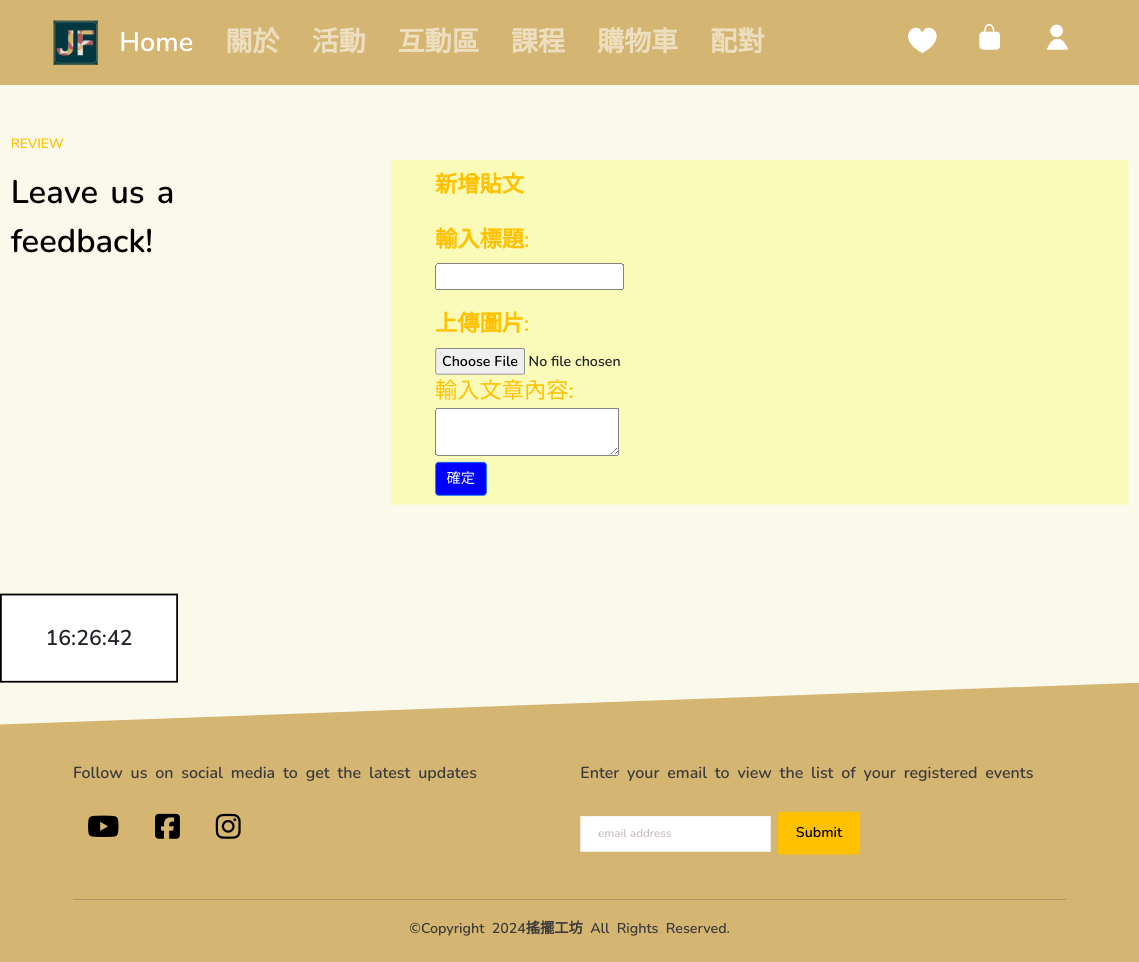
Repository: mmmooonnn0211/project
Page: workspace/demoSpringBoot-1/src/main/resources/static/html/LTInsertFront.html
These files come from the project's save history. The page is drawn as it stood at one moment and after the next save; the edit follows.
The browser window is 1280 px wide. The pictures show the whole page, at 89% of full size.
Some web libraries are served in a nearby version.

Above is the page before, as saved 2024-05-09 11:32:51.
Console error: ReferenceError: jQuery is not defined

### workspace/demoSpringBoot-1/src/main/resources/static/html/LTInsertFront.html
<!DOCTYPE html>
<html lang="en">

<head>
	<meta charset="UTF-8">
	<meta name="viewport" content="width=device-width, initial-scale=1.0">
	<style>
		.main {
			min-height: 55vh;
			/* 让 .slant 至少占据整个视口高度 */

		}

		#clock {
			width: 200px;
			height: 100px;
			border: 2px solid #000;
			background-color: #fff;
			display: flex;
			justify-content: center;
			align-items: center;
			font-size: 24px;
		}
	</style>
	<!-- Bootstrap CSS -->
	<link href="https://cdn.jsdelivr.net/npm/bootstrap@5.0.0-beta3/dist/css/bootstrap.min.css" rel="stylesheet"
		integrity="sha384-eOJMYsd53ii+scO/bJGFsiCZc+5NDVN2yr8+0RDqr0Ql0h+rP48ckxlpbzKgwra6" crossorigin="anonymous">
	<script src="https://kit.fontawesome.com/4287c80df9.js" crossorigin="anonymous"></script>

	<!--Google Font : Nunito-->
	<link rel="preconnect" href="https://fonts.gstatic.com">
	<link href="https://fonts.googleapis.com/css2?family=Nunito:wght@600&display=swap" rel="stylesheet">

	<!-- For style(All CSS content) -->
	<link rel="stylesheet" type="text/css" href="../styles/home.css" />
	<link rel="stylesheet" type="text/css" href="../styles/footer.css" />
	<link rel="stylesheet" type="text/css" href="../styles/navbar.css" />
	<link rel="icon" href="images/favicon.ico">

	<!-- JS Bundle for BS  -->
	<script src="https://cdn.jsdelivr.net/npm/popper.js@1.16.1/dist/umd/popper.min.js"
		integrity="sha384-9/reFTGAW83EW2RDu2S0VKaIzap3H66lZH81PoYlFhbGU+6BZp6G7niu735Sk7lN" crossorigin="anonymous">
		</script>

</head>


<body>



	</div>
	<!-- <section> -->
	<div class="main">
		<form method="post" action=" /LTinsertFront.controller" enctype="multipart/form-data"
			onsubmit="return validateForm();">
			<div class="container-fluid" style="margin-top: 150px;">
				<div class="row" style="margin-bottom: 100px; margin-top: 100px;">
					<div class="col-md-4" style="text-align: left;">
						<p class="review">REVIEW</p>
						<p class="feedback">Leave us a <br>feedback!</p>
					</div>
					<div class="col-sm-8">
						<div class="container" id="cards" style="  background-color:rgb(250, 250, 185)">
							<div class="" style="margin: auto;">
								<div id="sugg" class="neon-yellow" style="font-weight: bold; font-size: 25px; ">新增貼文
								</div>
								<br>
								<div id="text" class="neon-yellow" style=" font-size: 25px;">輸入標題:
								</div>
								<div style="height:50px; ">
									<input id="title" name="title" style="width: auto;" ; />
								</div>
								<div id="text" class="neon-yellow" style="font-weight: bold; font-size: 25px;">上傳圖片:
								</div>
								<input type="file" id="picture" name="picture" />

								<div id="picture" class="neon-yellow" style="font-size:25px; ">
									輸入文章內容:
								</div>
								<textarea id="content" name="content"></textarea>

								<div>
									<button type="submit" class="btn btn-primary"
										style="background-color:blue">確定</button>
								</div>
							</div>
						</div>
					</div>
				</div>
			</div>
		</form>
		<div class="container text-center">

		</div>
	</div>



	<div align="center"></div>
	<div class="container">
	</div>


	<script>

		fetch('basic.html')
			.then(response => response.text())
			.then(html => {
				document.body.innerHTML += html;
			});

	</script>
	<div id="clock"></div>

	<script>
		function updateClock() {
			var now = new Date();
			var hours = now.getHours();
			var minutes = now.getMinutes();
			var seconds = now.getSeconds();

			hours = (hours < 10) ? '0' + hours : hours;
			minutes = (minutes < 10) ? '0' + minutes : minutes;
			seconds = (seconds < 10) ? '0' + seconds : seconds;

			var timeString = hours + ':' + minutes + ':' + seconds;

			document.getElementById('clock').innerHTML = timeString;
		}

		// 每秒更新一次時間
		setInterval(updateClock, 1000);

		// 初始化頁面時立即更新時間
		updateClock();
	</script>
	<script type="text/javascript" charset="utf8"
		src="https://cdn.datatables.net/1.11.5/js/jquery.dataTables.js"></script>
	<script src="https://cdn.jsdelivr.net/npm/bootstrap@5.0.0-beta3/dist/js/bootstrap.bundle.min.js"
		integrity="sha384-JEW9xMcG8R+pH31jmWH6WWP0WintQrMb4s7ZOdauHnUtxwoG2vI5DkLtS3qm9Ekf" crossorigin="anonymous">
		</script>

</body>

</html>

### workspace/demoSpringBoot-1/src/main/resources/static/styles/home.css
/* hiding vertical scroll bar from every page */
::-webkit-scrollbar {
  width: 0 !important
}




body {
  font-family: 'Nunito', sans-serif;
  background-color: #FBF8EC;
  word-spacing: 0.25rem;
}

::selection {
  color: black;
  background: #ffc100;
}

::placeholder {
  color: rgb(202, 192, 192);
}

.neon-yellow {
  color: #ffc100;
}

.working-heading {
  font-size: 2.3rem;
  font-weight: bold;
  color: black;
}


.date-style {
  font-weight: 850;
  padding: 0 0 0.3rem 0;
}

.sub-heading {
  font-size: 1.5rem;
  font-weight: 1000;
  padding: 0 0 0.3rem 0;
}

.small-subtext {
  color: black;
  font-weight: 700;
  font-size: 1rem;
}

.process-heading {
  font-weight: 1000;
  font-size: 0.95rem;
}

.eng,
.feedback,
.some {
  font-size: 2.3rem;
  font-weight: 1000;
  color: black;
}

.center-line {
  border-left: 0.58rem solid #ffc100;
  height: 110%;
  position: absolute;
  top: 0%;
  left: 0%;
}

.padding-for-mobile {
  padding: 0 1rem 2rem 4rem;
  text-align: left;
  /*background-color:  white;*/
}

.stickyy-corner {
  position: -webkit-sticky;
  position: sticky;
  top: 0;
}

.timeline-left-style {
  color: black;
  text-align: right;
  padding: 0 4rem 0 5.2rem;
}

.timeline-right-style {
  color: black;
  text-align: left;
  position: relative;
  padding: 0 5.2rem 0 4rem;
  overflow-y: hidden;
}

.d-block {
  margin-top: 2%;
  border-radius: 7px;
  border: 3px solid rgb(245, 241, 241);
  width: 100%;
}

.chess,
.review,
.event {
  color: #ffc100;
  font-weight: 850;
  font-size: 0.95rem;
}


#text {
  font-weight: 850;
  font-size: 0.75rem;
  margin-bottom: 7px;
}

#sugg {
  font-size: 1.5rem;
  font-weight: 1000;
}

#btn {
  background-color: #ffc100;
  color: rgb(0, 0, 0);
  padding: 10px 20px;
  text-align: center;
  border: none;
  border-radius: 3px;
  display: block;
  margin: auto;
  margin-top: 15px;
  font-weight: bold;
}


#box,
#msg {
  background-color: #DDDDDD;
  border-radius: 3.5px;
  border: none;
  margin-bottom: 12px;
  width: 100%;
}

#msg {
  height: 120px;
}

#box {
  height: 35px;
}

#spon {
  color: black;
  margin-top: 60px;
  display: flex;
  justify-content: space-evenly;
  align-items: center;
  font-weight: bold;
  margin-bottom: 20px;
}

.image {
  height: 100px;
}

.image3 {
  height: 250px;
  overflow-y: hidden;
}

.pic1,
.pic2 {
  font-weight: bold;
  font-size: medium;
}

.pic1 {
  margin-top: 20px;
}

.column {
  display: flex;
  flex-direction: column;
  justify-content: space-evenly;
  align-items: center;
}

.columns {
  display: flex;
  flex-direction: column;
  justify-content: center;
  align-items: flex-start;
}

.pic2 {
  color: gray;
  font-size: small;
}

.event,
.some,
.last,
.pic,
.pic1,
.pic2 {
  display: flex;
  justify-content: space-evenly;
  align-items: center;
}

.subhead {
  color: black;
  font-size: 3rem;
  overflow-y: hidden;
}

.active {
  color: #ffc100;
}

.active:hover {
  color: #ffc100;
}

p {
  color: black;
}

.title-img {
  width: 25%;
  margin-left: 8%;
  transform: rotate(10deg);
}

.hover {
  color: #ffc100;
}

.title-img3 {
  width: 25%;
  transform: rotate(-10deg);
}

.title-img2 {
  width: 35%;
  padding-right: 5%;
  padding-left: 5%;


}

.carousel-img-styles {
  border: 0.13rem solid black;
  border-radius: 1rem;
}

h1 {
  font-size: 5rem;
  line-height: 1.5;
  font-weight: 900;
}

#title {
  margin-bottom: 11rem;
}

.col-lg-3 {
  padding-left: 3rem;
}

.ex-btn {
  margin-top: 2.5rem;
  margin-bottom: 30px;
}

.carousel-container {
  width: 55%;
}

#cards {
  padding: 10px 50px;
}

.card {
  background-color: black;
  border-radius: 10px;
  /* display: block;
    margin: auto;
    font: 16px;
    width:55%; */
  padding: 30px 20px;

}

@media only screen and (max-width: 767px) {
  .small-subtext {
    font-size: 0.8rem;
  }

  .padding-for-mobile {
    padding: 0 0 4rem 2rem;
  }

  /*
  .sticky-corner {
    position: static;
  }
  */
  #cards {
    padding: 0px 20px;
  }


  .sub-heading {
    font-size: 1.3rem;
  }

  .process-heading {
    font-size: 0.85rem;
  }

  .working-heading {
    font-size: 1.5rem;
  }

  .timeline-left-style {
    padding: 0 2.5rem 0 3rem;
  }

  .timeline-right-style {
    padding: 0 3rem 0 2.5rem;
  }

  #spon {
    font-size: 1.5rem;
  }

  .some,
  .eng,
  .feedback {
    font-size: 1.5rem;
  }

  .card {
    width: 100%;
  }

  .pic {
    flex-direction: column;
  }

  .carousel-container {
    width: 85%;
  }
}

@media only screen and (max-width: 575px) {

  .title-img,
  .title-img3 {
    display: none;
  }

  .title-img2 {
    display: block;
    margin: auto;
    width: 100%;
    padding: 50px;
  }
}

@media only screen and (max-width: 375px) {


  .date-style {
    font-size: 0.8rem;
  }

  .sub-heading {
    font-size: 0.9rem;
  }

  .small-subtext {
    font-size: 0.7rem;
  }

  .timeline-left-style {
    padding: 0 1.6rem 0 2rem;
  }

  .timeline-right-style {
    padding: 0 2rem 0 2rem;
  }
}

### workspace/demoSpringBoot-1/src/main/resources/static/styles/footer.css
/*
hiding vertical scroll bar from every page
*/
::-webkit-scrollbar {
    width: 0 !important
}




.slant {
    /* width: 110%;
    background-color: #DDDDDD;
    transform: rotate(-3deg);
    height: 100px; */
    clip-path: polygon(0 15%, 100% 0, 100% 100%, 0 100%);
  }

  .container{
    margin-top: 30px;
  }

  .left, .right {
    font-size: large;
    font-weight: bold;
    margin-top: 50px;
    color: rgb(61, 59, 59);
    margin-bottom: 30px;
  }

  .below {
    background-color:#D4B572;
    position: relative;
    padding-top: 8px;
    padding-bottom: 6px;
    width: 100%;
    height: 100%;
  }

  #mail {
    border: none;
    height: 30px;
    padding: 20px;
    font-size: small;
    font-weight: bold;
  }

  #bttn {
    background-color: #ffc100;
    color: black;
    padding: 12px 20px;
    text-align: center;
    border: none;
    border-radius: 3px;
    font-weight: bold;
  }


  .fa-youtube:hover{
    color: rgb(230, 59, 59);
    transition: 0.5s;
  }

  .fa-twitter:hover, .fa-facebook-square:hover{
    color: rgba(18, 212, 212, 0.596);
    transition: 0.5s;
  }

  .fa-instagram:hover{
    color: rgb(218, 30, 61);
    transition: 0.5s;
  }

  .fa-github{
    color: rgb(43, 36, 36);
    transition: 0.5s;
  }

  .fab {
    padding: 0 1rem 0 1rem;
    font-size: 2rem;
    color: black;
  }

  .last {
    font-weight: 900;
    color: rgb(61, 59, 59);
    margin: 20px;
    display: flex;
  justify-content: space-evenly;
  align-items: center;
  }

  @media only screen and (max-width: 767px) {
    .slant{
      clip-path: polygon(0 5%, 100% 0, 100% 100%, 0 100%);
    }
  }

  @media only screen and (max-width: 375px) {
    .slant{
      clip-path: polygon(0 5%, 100% 0, 100% 100%, 0 100%);
    }
  }

### workspace/demoSpringBoot-1/src/main/resources/static/styles/navbar.css
/* 鼠標移動導覽列*/
.nav-item :hover {
  color: rgb(255, 128, 128);
  cursor: pointer;
  background-color: #B15A5E;
  border-radius: 10px;
}

.navbar a {
  color: #ff2600a2;
  border-radius: 10px;
}


.navbar {
  padding: 1rem 2rem;
  position: fixed;
  z-index: 100;
  width: 100%;
  margin: 0;
  top: 0;
  left: 0;
  background-color: #D4B572;
}

.nav-item {
  padding: 0 20px 0 0;
}

.nav-link {
  font-size: 1.9rem;
  font-weight: 900;

}


.dropdown-item,
.dropdown-menu {
  background-color: #B15A5E;
  color: #BF3F41;
  ;
  margin: 0;
}






.dropdown-menu a {
  color: white;
  ;
  text-decoration: none;
  display: block;
  text-align: left;
}

### workspace/demoSpringBoot-1/src/main/resources/static/html/basic.html
<!doctype html>
<html lang="en">

<head>
    <!-- Required meta tags -->
    <meta charset="utf-8">
    <meta name="viewport" content="width=device-width, initial-scale=1">




    <title>JFSwing</title>
</head>

<body>

    <!-- Shashank's Section -->
    <!-- <section class="title"> -->
    <!-- Navbar section -->
    <nav class="navbar navbar-expand-lg navbar-dark">
        <!-- <LOGO> -->
        <div class="container-fluid">
            <div width="50px" height="50px">
                <a class="m-3" href="index.html"> <img src="../images/LOGO.png" width="50px" height="50px"
                        alt="Eternals">
                </a>
                <button class="navbar-toggler" type="button" data-bs-toggle="collapse" data-bs-target="#navbarCollapse"
                    aria-controls="navbarCollapse" aria-expanded="false" aria-label="Toggle navigation">
                    <span class="navbar-toggler-icon"></span>
                </button>
            </div>
            <div class="collapse navbar-collapse" id="navbarCollapse">
                <ul class="navbar-nav ">
                    <li class="nav-item">
                        <a class="nav-link active" href="frontPage.html">Home </a>
                    </li>
                    <li class="nav-item">
                        <a class="nav-link" href="about.html">關於</a>
                    </li>
                    <li class="nav-item">
                        <a class="nav-link" href="EventAll.html">活動</a>
                    </li>
                    <li class="nav-item">
                        <a class="nav-link" href="/LTSelectAll2">互動區</a>
                    </li>
                    <li class="nav-item">
                        <a class="nav-link" href="contact.html">課程</a>
                    </li>
                    <li class="nav-item">
                        <a class="nav-link" href="">購物車</a>
                    </li>
                    <li class="nav-item">
                        <a class="nav-link" href="">配對</a>
                    </li>

                </ul>

            </div>

            <!-- <右上角的東西> -->
            <div class="navbar-nav justify-content-end">
                <ul class="navbar-nav">
                    <li class="nav-item">
                        <div class="m-2 rounded-circle overflow-hidden align-self-center ratio ratio-1x1"
                            style="width: 40px">
                            <img src="../images/LOVE.png" alt="" class="object-fit-cover w-100 h-100" />
                        </div>
                    </li>
                    <li class="nav-item">
                        <div class="m-2 rounded-circle overflow-hidden align-self-center ratio ratio-1x1"
                            style="width: 40px">
                            <img src="../images/SHOP.png" alt="" class="object-fit-cover w-100 h-100" />
                        </div>
                    </li>
                    <li class="nav-item">
                        <a href="#" target="_blank"
                            class="m-2 rounded-circle overflow-hidden align-self-center ratio ratio-1x1"
                            style="width: 40px; display: inline-block;">
                            <img src="../images/MAN.png" alt="Facebook" class="object-fit-cover w-100 h-100" />
                        </a>
                    </li>

                </ul>

            </div>
        </div>
    </nav>

    <!-- Title -->
    <!-- <中間> -->



    <!-- footer-->
    <div class="slant footer-content mt-auto">

        <footer class="below">
            <div class="container">
                <div class="row">
                    <div class="col-lg-6">
                        <p class="left">Follow us on social media to get the latest updates</p>
                        <a href="#"><i class="fab fa-youtube"></i></a>
                        <a href="https://www.facebook.com/apple.hi.77?mibextid=kFxxJD"><i
                                class="fab fa-facebook-square"></i></a>
                        <a href="#"><i class="fab fa-instagram"></i></a>

                    </div>
                    <div class="col-lg-6">
                        <p class="right">Enter your email to view the list of your registered events</p>
                        <input id="mail" placeholder="email address">
                        <span><button id="bttn">
                                Submit </button></span>
                    </div>
                </div>
                <hr style="margin-top: 50px;">
            </div>
            <div class="last">&copy;Copyright 2024搖擺工坊 All Rights Reserved.</div>
        </footer>

    </div>



</body>

</html>

After the next save:
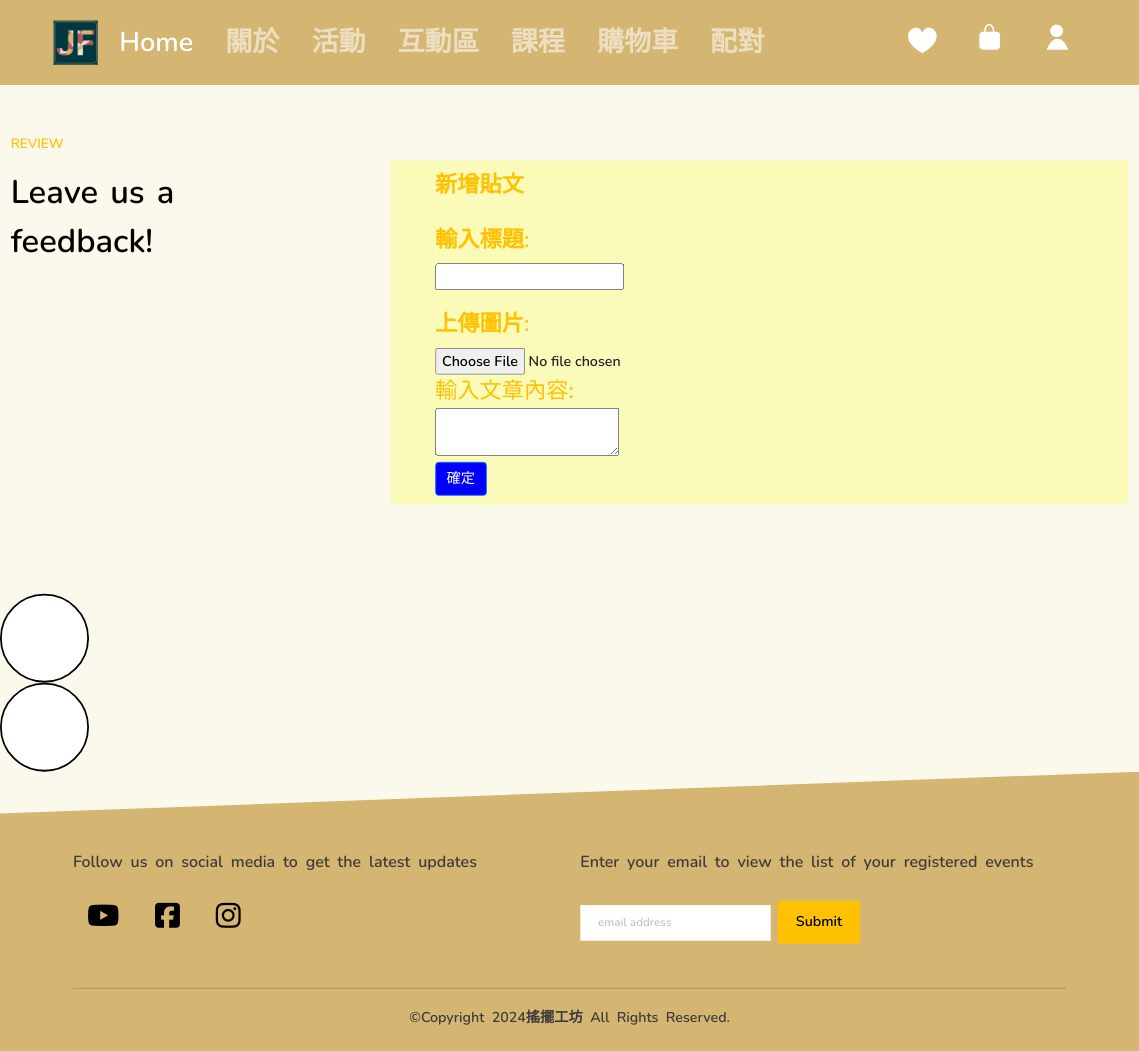
Saved 115 s later.
--- a/workspace/demoSpringBoot-1/src/main/resources/static/html/LTInsertFront.html
+++ b/workspace/demoSpringBoot-1/src/main/resources/static/html/LTInsertFront.html
@@ -12,9 +12,11 @@
 		}
 
 		#clock {
-			width: 200px;
+			width: 100px;
 			height: 100px;
 			border: 2px solid #000;
+			border-radius: 50%;
+			/* 將邊框變成圓形 */
 			background-color: #fff;
 			display: flex;
 			justify-content: center;
@@ -97,7 +99,7 @@
 
 
 
-	<div align="center"></div>
+
 	<div class="container">
 	</div>
 
@@ -113,6 +115,12 @@
 	</script>
 	<div id="clock"></div>
 
+	<div class="clock" id="clock">
+		<div class="hour" id="hour"></div>
+		<div class="minute" id="minute"></div>
+		<div class="second" id="second"></div>
+	</div>
+
 	<script>
 		function updateClock() {
 			var now = new Date();
@@ -120,13 +128,13 @@
 			var minutes = now.getMinutes();
 			var seconds = now.getSeconds();
 
-			hours = (hours < 10) ? '0' + hours : hours;
-			minutes = (minutes < 10) ? '0' + minutes : minutes;
-			seconds = (seconds < 10) ? '0' + seconds : seconds;
+			var hourDeg = (hours % 12) * 30 + minutes * 0.5; // 一小時30度，一分鐘0.5度
+			var minuteDeg = minutes * 6; // 一分鐘6度
+			var secondDeg = seconds * 6; // 一秒鐘6度
 
-			var timeString = hours + ':' + minutes + ':' + seconds;
-
-			document.getElementById('clock').innerHTML = timeString;
+			document.getElementById('hour').style.transform = 'rotate(' + hourDeg + 'deg)';
+			document.getElementById('minute').style.transform = 'rotate(' + minuteDeg + 'deg)';
+			document.getElementById('second').style.transform = 'rotate(' + secondDeg + 'deg)';
 		}
 
 		// 每秒更新一次時間
